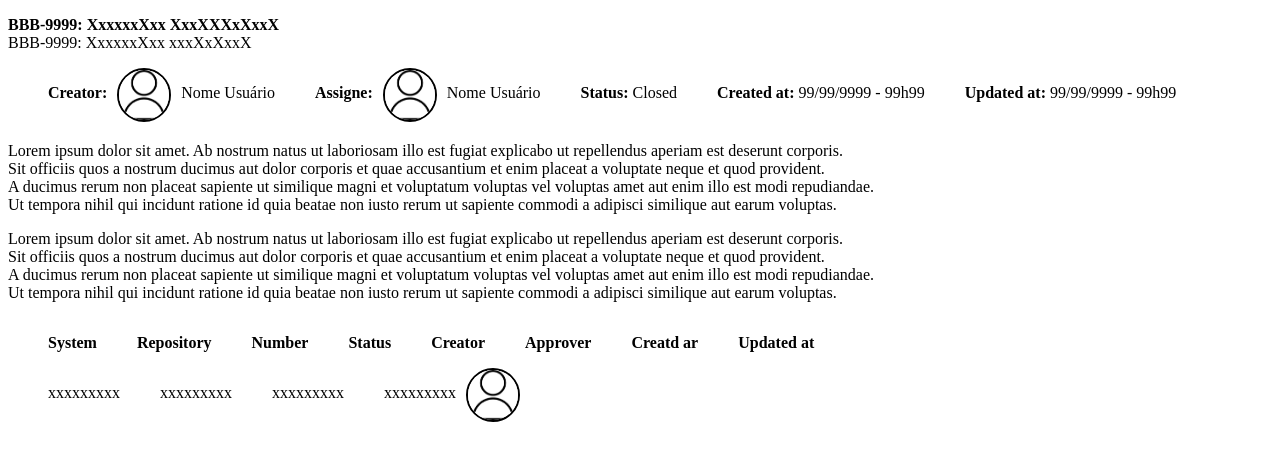
Repository: AnaBerlanda/PaginaFer
Page: index.html
An editor plug-in stored every save of this project. The page is shown before and after the next save, followed by the edit.
The browser window is 1280 px wide. The pictures show the whole page.

Above is the page before, as saved 2022-05-23 15:00:40.

### index.html
<!DOCTYPE html>
<html lang="en">
<head>
    <meta charset="UTF-8">
    <meta http-equiv="X-UA-Compatible" content="IE=edge">
    <meta name="viewport" content="width=device-width, initial-scale=1.0">
    <link type="text/css" rel="stylesheet" href="index.css">
    <title>Release</title>
</head>
<body>
    <p>
        <strong>BBB-9999: XxxxxxXxx XxxXXXxXxxX</strong><br>
        BBB-9999: XxxxxxXxx xxxXxXxxX
    </p>
    <div class="container">
        <div class="textos">
        <p class="sub-titulos"><strong>Creator:</strong></p>
        </div>
        <div class="imagem">
            <img src="imagem/Icone-usuario-Png-1024x1024.png">
        </div>
        <div class="nome-usuario">
            <p>Nome Usuário</p>
        </div>
        <div class="textos">
            <p class="sub-titulos"><strong>Assigne:</strong></p>
        </div>
            <div class="imagem">
                <img src="imagem/Icone-usuario-Png-1024x1024.png">
            </div>
            <div class="nome-usuario">
                <p>Nome Usuário</p>
            </div>
        <div class="textos">
            <p class="sub-titulos"><strong>Status:</strong> Closed</p>
        </div>
        <div class="textos">
            <p class="sub-titulos"><strong>Created at:</strong> 99/99/9999 - 99h99</p>
        </div>
        <div class="textos">
            <p class="sub-titulos"><strong>Updated at:</strong> 99/99/9999 - 99h99</p>
        </div>
    </div>
    <p>
        Lorem ipsum dolor sit amet. Ab nostrum natus ut laboriosam illo est fugiat explicabo ut repellendus aperiam est deserunt corporis.<br> Sit officiis quos a nostrum ducimus aut dolor corporis et quae accusantium et enim placeat a voluptate neque et quod provident.<br> A ducimus rerum non placeat sapiente ut similique magni et voluptatum voluptas vel voluptas amet aut enim illo est modi repudiandae.<br> Ut tempora nihil qui incidunt ratione id quia beatae non iusto rerum ut sapiente commodi a adipisci similique aut earum voluptas.
    </p>
    <p>
        Lorem ipsum dolor sit amet. Ab nostrum natus ut laboriosam illo est fugiat explicabo ut repellendus aperiam est deserunt corporis.<br> Sit officiis quos a nostrum ducimus aut dolor corporis et quae accusantium et enim placeat a voluptate neque et quod provident.<br> A ducimus rerum non placeat sapiente ut similique magni et voluptatum voluptas vel voluptas amet aut enim illo est modi repudiandae.<br> Ut tempora nihil qui incidunt ratione id quia beatae non iusto rerum ut sapiente commodi a adipisci similique aut earum voluptas.
    </p>
    <div class="container">
        <div class="textos">
        <p class="sub-titulos"><strong>System</strong></p>
        </div>
        <div class="textos">
            <p class="sub-titulos"><strong>Repository</strong></p>
        </div>
        <div class="textos">
            <p class="sub-titulos"><strong>Number</strong></p>
        </div>
        <div class="textos">
            <p class="sub-titulos"><strong>Status</strong></p>
        </div>
        <div class="textos">
            <p class="sub-titulos"><strong>Creator</strong></p>
        </div>
        <div class="textos">
            <p class="sub-titulos"><strong>Approver</strong></p>
        </div>
        <div class="textos">
            <p class="sub-titulos"><strong>Creatd ar</strong></p>
        </div>
        <div class="textos">
            <p class="sub-titulos"><strong>Updated at</strong></p>
        </div>
    </div>
    <div class="container">
        <div class="textos">
            <p class="sub-titulos">xxxxxxxxx</p>
        </div>
        <div class="textos">
            <p class="sub-titulos">xxxxxxxxx</p>
        </div>
        <div class="textos">
            <p class="sub-titulos">xxxxxxxxx</p>
        </div>
        <div class="textos">
            <p class="sub-titulos">xxxxxxxxx</p>
        </div>
        <div class="imagem">
            <img src="imagem/Icone-usuario-Png-1024x1024.png">
        </div>














</body>
</html>

### index.css
.container{
    display: flex;

}
.imagem img{
    width: 50px;
    height: 50px;
    border-radius: 50%;
    border: 2px solid black;
    margin-left: 10px;
}
.textos{
    margin-left: 40px;
}
.nome-usuario{
    margin-left: 10px;
}
.main-container{
    display: flex;
    justify-content: space-between;

}

After the next save:
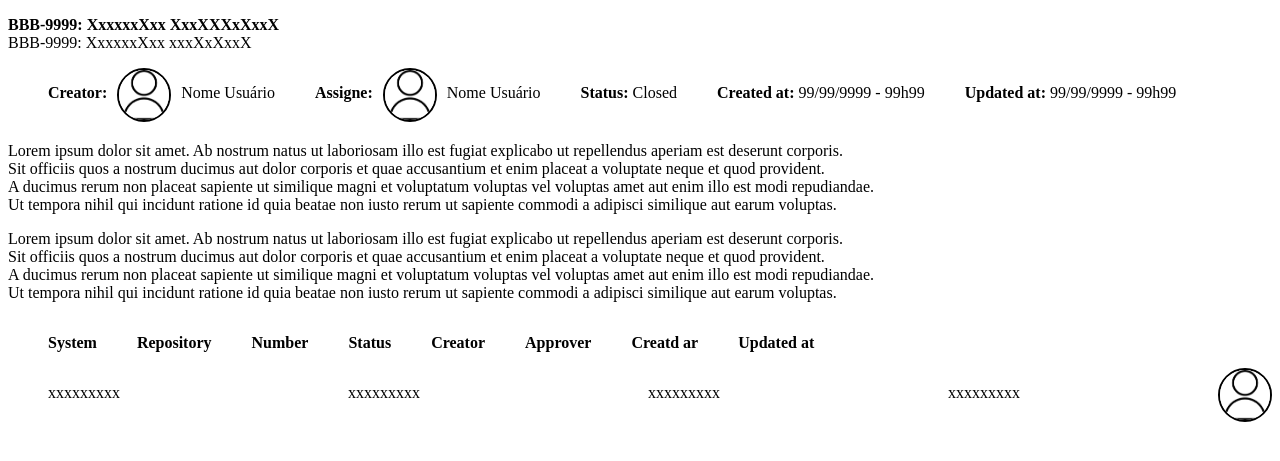
Saved 2 s later.
--- a/index.html
+++ b/index.html
@@ -73,7 +73,7 @@
             <p class="sub-titulos"><strong>Updated at</strong></p>
         </div>
     </div>
-    <div class="container">
+    <div class="main-container">
         <div class="textos">
             <p class="sub-titulos">xxxxxxxxx</p>
         </div>
